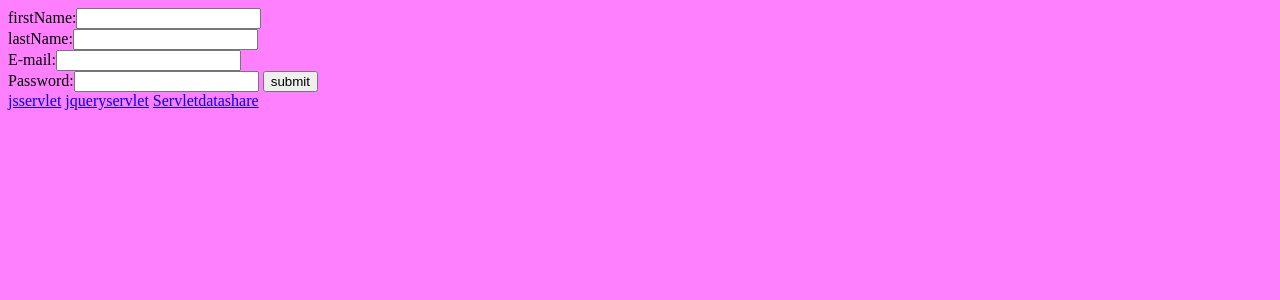
Repository: shruthik537/aemclass
Page: firstweb/src/main/webapp/index.html
These files come from the project's save history. The page is drawn as it stood at one moment and after the next save; the edit follows.
The browser window is 1280 px wide. The pictures show the whole page.
Some web libraries are served in a nearby version.

Above is the page before, as saved 2021-09-27 11:29:38.

After the next save:
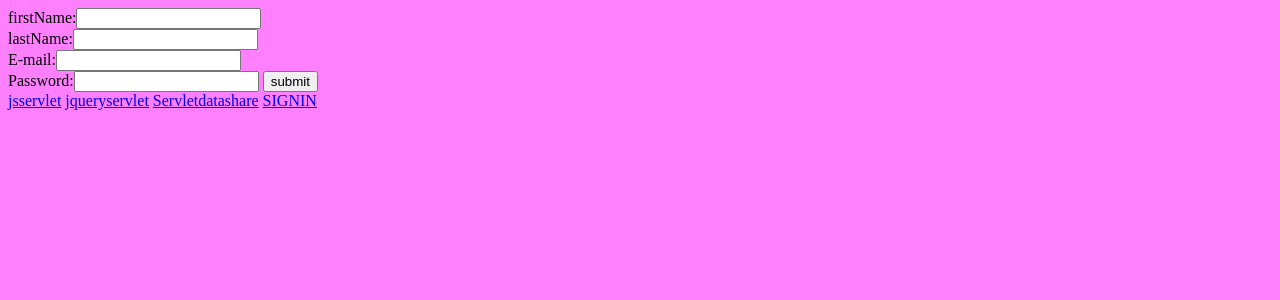
Saved 31 s later.
--- a/firstweb/src/main/webapp/index.html
+++ b/firstweb/src/main/webapp/index.html
@@ -50,5 +50,6 @@ Password:<input type="text" name="pwd" id="pwd"/>
 <a href="jsservlet.html">jsservlet</a>
 <a href="jqueryservlet.html">jqueryservlet</a>
 <a href="ServletDataShare.html">Servletdatashare</a>
+<a href="signin.html">SIGNIN</a>
 </body>
 </html>
